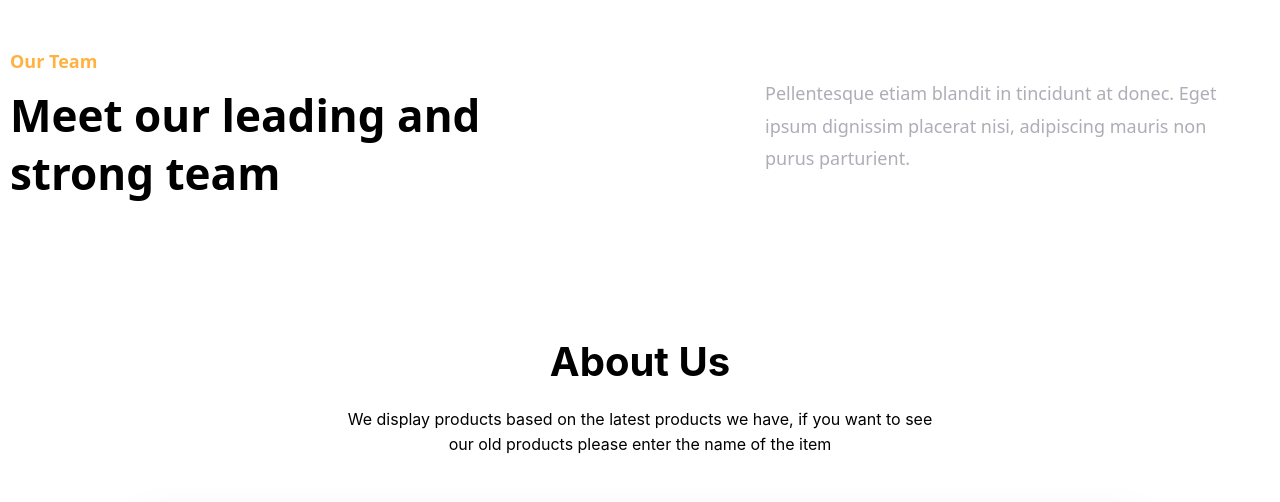
Repository: archis-academy/december-frontend-lalasia-2025
Page: /AboutUs
An editor plug-in stored every save of this project. The page is shown before and after the next save, followed by the edit.
The browser window is 1280 px wide. The pictures show the part of the page from y = 0 to 502 px (the page is 1587 px tall).
Pictures or frames that could not be fetched are drawn as grey boxes. The page's requests for data from a server got no answer. Some web fonts or font styles are not loaded; a fallback is used. The project was rebuilt for these pictures with package versions that can differ from the ones it lists, and the page was loaded fresh each time. No one was signed in, and anything a server would have sent is missing. Also part of the build but not shown: vite.config.ts, src/components/welcome/benefits.scss, src/components/welcome/benefitsd.tsx, src/components/Article/Article.module.scss, src/components/Article/ArticleCard.module.scss, src/components/CustomButton/CustomButton.tsx, src/components/Arrow/Arrow.tsx, src/components/Article/ArticleCard.tsx and 19 more.

Above is the page before, as saved 2026-02-04 20:42:39.

After the next save:
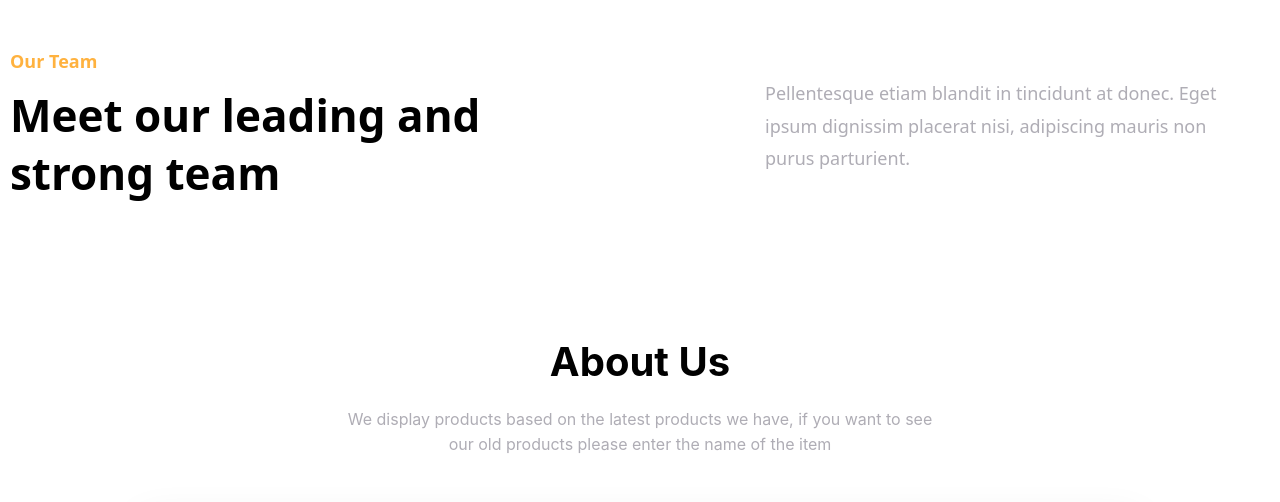
Saved 32 s later.
--- a/src/components/HeroSection/HeroSection.scss
+++ b/src/components/HeroSection/HeroSection.scss
@@ -23,7 +23,7 @@
 
     .description {
       font-size: 1rem;
-     $paragraph-color: #AFADB5;
+    color: $paragraph-color;
       max-width: 600px;
       margin: 0 auto;
       line-height: 1.6;
